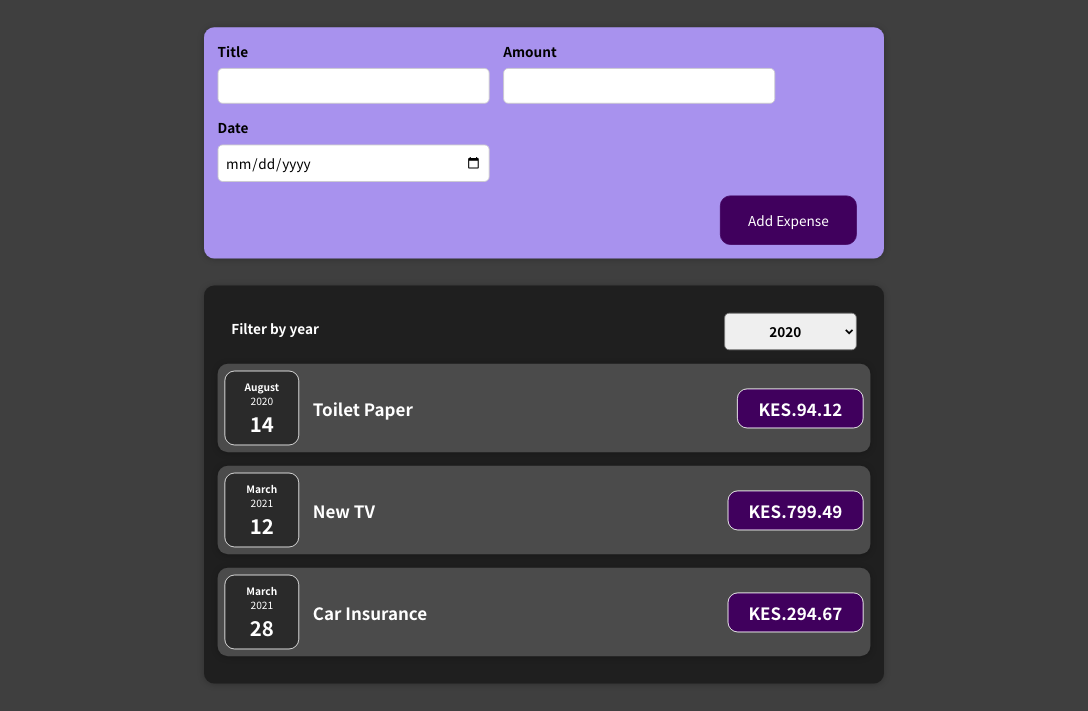
Repository: Samkiroko/expense-tracker-react
Page: /
An editor plug-in stored every save of this project. The page is shown before and after a run of saves, followed by the edit.
The browser window is 1280 px wide. The pictures show the whole page, at 85% of full size.
The project was rebuilt for these pictures with package versions that can differ from the ones it lists, and the page was loaded fresh each time.

Above is the page before, as saved 2021-06-12 20:05:12.

### src/index.css
@import url('https://fonts.googleapis.com/css2?family=Noto+Sans+JP:wght@400;700&display=swap');
* {
    box-sizing: border-box;
}

html {
    font-family: 'Noto Sans JP', sans-serif;
}

body {
    margin: 0;
    background-color: #3f3f3f;
}

### src/App.js
import Expenses from './components/Expenses/Expenses'
import NewExpense from './components/NewExpense/NewExpense'

function App() {
  const expenses = [
    {
      id: 'e1',
      title: 'Toilet Paper',
      amount: 94.12,
      date: new Date(2020, 7, 14),
    },
    { id: 'e2', title: 'New TV', amount: 799.49, date: new Date(2021, 2, 12) },
    {
      id: 'e3',
      title: 'Car Insurance',
      amount: 294.67,
      date: new Date(2021, 2, 28),
    },
    {
      id: 'e4',
      title: 'New Desk (Wooden)',
      amount: 450,
      date: new Date(2021, 5, 12),
    },
  ]

  const addExpenseHandler = (expense) => {
    console.log('In app.jss')
    console.log(expense)
  }
  return (
    <div className='App'>
      <NewExpense onAddExpense={addExpenseHandler} />
      <Expenses items={expenses} />
    </div>
  )
}

export default App

### src/components/Expenses/Expenses.js
import React, { useState } from 'react'
import Card from '../UI/Card'
import ExpenseItem from './ExpenseItem'
import './Expenses.css'
import ExpensesFilter from './ExpensesFilter'

function Expenses(props) {
  const [filteredYear, setFilteredYear] = useState('2020')
  const filterChangeHandler = (selectedYear) => {
    setFilteredYear(selectedYear)
  }
  return (
    <div>
      <Card className='expenses'>
        <ExpensesFilter selected={filteredYear} onChangeFilter={filterChangeHandler} />

        <ExpenseItem title={props.items[0].title} amount={props.items[0].amount} date={props.items[0].date} />
        <ExpenseItem title={props.items[1].title} amount={props.items[1].amount} date={props.items[1].date} />
        <ExpenseItem title={props.items[2].title} amount={props.items[2].amount} date={props.items[2].date} />
      </Card>
    </div>
  )
}

export default Expenses

### src/components/NewExpense/NewExpense.js
import React from 'react'
import { ExpenseForm } from './ExpenseForm'
import './NewExpense.css'

const NewExpense = (props) => {
  const saveExpenseDataHandler = (enteredExpenseData) => {
    const expenseData = {
      ...enteredExpenseData,
      id: Math.random().toString(),
    }
    props.onAddExpense(expenseData)
  }
  return (
    <div className='new-expense'>
      <ExpenseForm onSaveExpenseData={saveExpenseDataHandler} />
    </div>
  )
}

export default NewExpense

### src/components/UI/Card.js
import './Card.css'

function Card(props) {
  const classes = 'card ' + props.className

  return <div className={classes}>{props.children}</div>
}

export default Card

### src/components/Expenses/ExpenseItem.js
import React from 'react'
import Card from '../UI/Card'
import ExpenseDate from './ExpenseDate'
import './ExpenseItem.css'

function ExpenseItem(props) {
  return (
    <Card className='expense-item'>
      <ExpenseDate date={props.date} />
      <div className='expense-item__description'>
        <h2>{props.title}</h2>
        <div className='expense-item__price'>KES.{props.amount}</div>
      </div>
    </Card>
  )
}

export default ExpenseItem

### src/components/Expenses/ExpensesFilter.js
import React from 'react'
import './ExpenseFilter.css'

const ExpensesFilter = (props) => {
  const dropdownChangeHandler = (event) => {
    props.onChangeFilter(event.target.value)
  }
  return (
    <div className='expenses-filter'>
      <div className='expenses-filter__control'>
        <label>Filter by year</label>
        <select value={props.selected} onChange={dropdownChangeHandler}>
          <option value='2022'>2022</option>
          <option value='2021'>2021</option>
          <option value='2020'>2020</option>
          <option value='2019'>2019</option>
        </select>
      </div>
    </div>
  )
}

export default ExpensesFilter

### src/components/NewExpense/ExpenseForm.js
import React, { useState } from 'react'
import './ExpenseForm.css'

export const ExpenseForm = (props) => {
  const [enteredTitle, setEnteredTitle] = useState('')
  const [enteredAmount, setEnteredAmount] = useState('')
  const [enteredDate, setEnteredDate] = useState('')

  const titleChangeHandler = (event) => {
    setEnteredTitle(event.target.value)
  }
  const amountChangeHandler = (event) => {
    setEnteredAmount(event.target.value)
  }

  const dateChangeHandler = (event) => {
    setEnteredDate(event.target.value)
  }

  const submitHandler = (event) => {
    event.preventDefault()

    const expenseData = {
      title: enteredTitle,
      amount: enteredAmount,
      date: new Date(enteredDate),
    }
    props.onSaveExpenseData(expenseData)
    setEnteredTitle('')
    setEnteredAmount('')
    setEnteredDate('')
  }

  return (
    <form onSubmit={submitHandler}>
      <div className='new-expense__controls'>
        <div className='new-expense__control'>
          <label>Title</label>
          <input type='text' value={enteredTitle} onChange={titleChangeHandler} />
        </div>
        <div className='new-expense__control'>
          <label>Amount</label>
          <input type='number' min='0.01' step='0.01' value={enteredAmount} onChange={amountChangeHandler} />
        </div>
        <div className='new-expense__control'>
          <label>Date</label>
          <input type='date' min='2019-01-01' max='2022-12-31' value={enteredDate} onChange={dateChangeHandler} />
        </div>
      </div>
      <div className='new-expense__actions'>
        <button type='submit'>Add Expense</button>
      </div>
    </form>
  )
}

### src/components/NewExpense/NewExpense.css
.new-expense {
    background-color: #a892ee;
    padding: 1rem;
    margin: 2rem auto;
    width: 50rem;
    max-width: 95%;
    border-radius: 12px;
    text-align: center;
    box-shadow: 0 1px 8px rgba(0, 0, 0, 0.25);
}

.new-expense button {
    font: inherit;
    cursor: pointer;
    padding: 1rem 2rem;
    border: 1px solid #40005d;
    background-color: #40005d;
    color: white;
    border-radius: 12px;
    margin-right: 1rem;
}

.new-expense button:hover,
.new-expense button:active {
    background-color: #510674;
    border-color: #510674;
}

.new-expense button.alternative {
    color: #220131;
    border-color: transparent;
    background-color: transparent;
}

.new-expense button.alternative:hover,
.new-expense button.alternative:active {
    background-color: #ddb3f8;
}

### src/components/Expenses/ExpenseDate.js
import React from 'react'
import './ExpenseDate.css'

function ExpenseDate(props) {
  const month = props.date.toLocaleString('en-US', { month: 'long' })
  const day = props.date.toLocaleString('en-US', { day: '2-digit' })
  const year = props.date.getFullYear()
  return (
    <div className='expense-date'>
      <div className='expense-date__month'>{month}</div>
      <div className='expense-date__year'>{year}</div>
      <div className='expense-date__day'>{day}</div>
    </div>
  )
}

export default ExpenseDate

### src/components/Expenses/ExpenseItem.css
.expense-item {
    display: flex;
    justify-content: space-between;
    align-items: center;
    padding: 0.5rem;
    margin: 1rem 0;
    background-color: #4b4b4b;
}

.expense-item__description {
    display: flex;
    flex-direction: column;
    gap: 1rem;
    align-items: flex-end;
    flex-flow: column-reverse;
    justify-content: flex-start;
    flex: 1;
}

.expense-item h2 {
    color: #3a3a3a;
    font-size: 1rem;
    flex: 1;
    margin: 0 1rem;
    color: white;
}

.expense-item__price {
    font-size: 1rem;
    font-weight: bold;
    color: white;
    background-color: #40005d;
    border: 1px solid white;
    padding: 0.5rem;
    border-radius: 12px;
}

@media (min-width: 580px) {
    .expense-item__description {
        flex-direction: row;
        align-items: center;
        justify-content: flex-start;
        flex: 1;
    }
    .expense-item__description h2 {
        font-size: 1.25rem;
    }
    .expense-item__price {
        font-size: 1.25rem;
        padding: 0.5rem 1.5rem;
    }
}

Loaded but not shown: public/index.html (common file); src/index.js (common file); src/components/Expenses/Expenses.css (common file); src/components/UI/Card.css (common file); src/components/Expenses/ExpenseFilter.css (common file); src/components/NewExpense/ExpenseForm.css (common file); src/components/Expenses/ExpenseDate.css (common file)

After the next 4 saves:
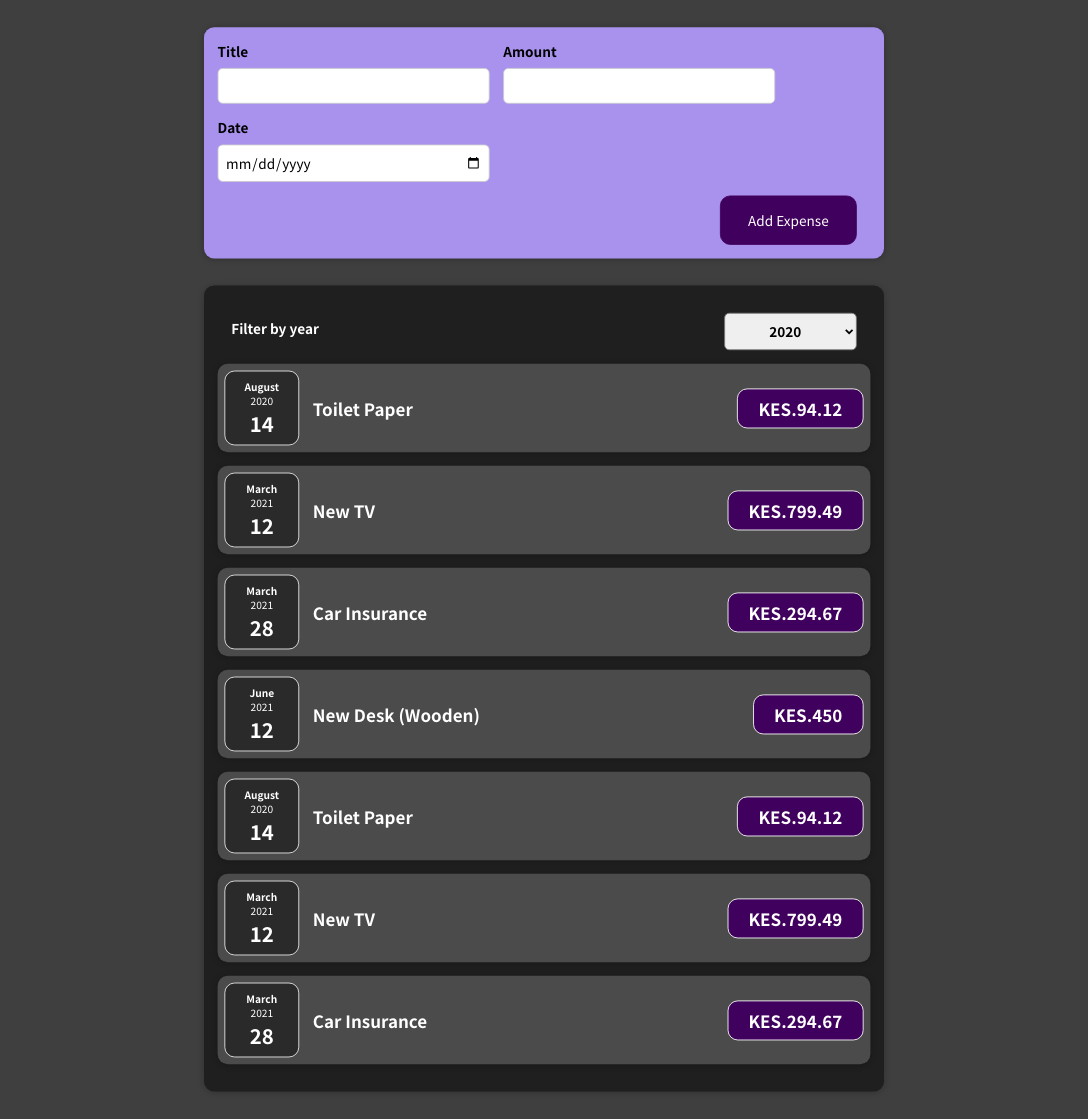
The 4 saves are shown as one change because 3 did not build or start.
The last was saved 4 min 36 s later.
--- a/src/components/Expenses/Expenses.js
+++ b/src/components/Expenses/Expenses.js
@@ -13,6 +13,9 @@ function Expenses(props) {
     <div>
       <Card className='expenses'>
         <ExpensesFilter selected={filteredYear} onChangeFilter={filterChangeHandler} />
+        {props.items.map((expenses) => (
+          <ExpenseItem title={expenses.title} amount={expenses.amount} date={expenses.date} />
+        ))}
 
         <ExpenseItem title={props.items[0].title} amount={props.items[0].amount} date={props.items[0].date} />
         <ExpenseItem title={props.items[1].title} amount={props.items[1].amount} date={props.items[1].date} />
